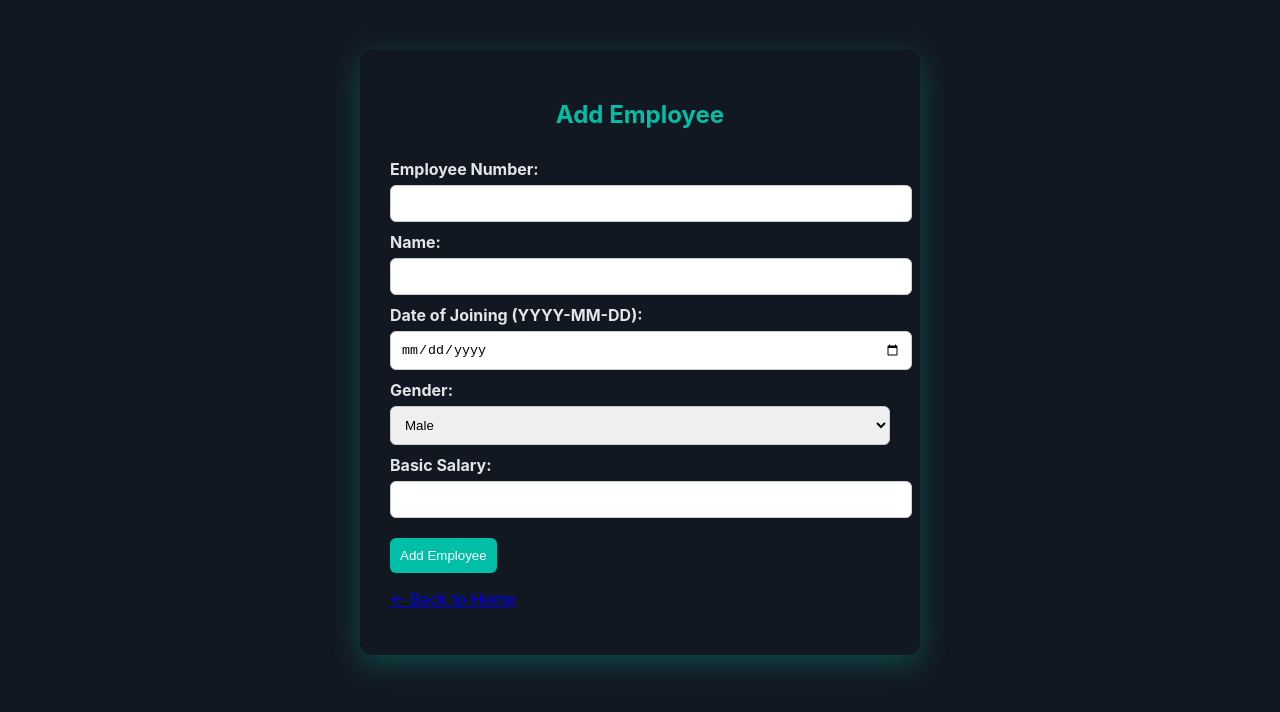
Repository: KUSUMA-74/Advance-JavaProject
Page: http://localhost/EmployeeWebApp/empadd.jsp
The author's editor kept a copy of each file at every save. The page is drawn from the files as they stood at one save, then again after the next save.
The browser window is 1280 px wide. The pictures show the whole page.
The page is served by Tomcat 9. Other server files are loaded and not shown.

Above is the page before, as saved 2025-05-30 07:55:59.

### EmployeeWebApp/src/main/webapp/empadd.jsp
<%@ page language="java" contentType="text/html; charset=UTF-8"%>
<!DOCTYPE html>
<html>
<head>
  <meta charset="UTF-8">
  <title>Add Employee</title>
  <style>
    body {
      font-family: 'Inter', sans-serif;
      background: #121821;
      color: #e0e6e9;
      max-width: 500px;
      margin: 50px auto;
      padding: 30px;
      border-radius: 12px;
      box-shadow: 0 8px 30px rgba(0, 191, 166, 0.3);
    }
    h2 {
      color: #00bfa6;
      text-align: center;
      margin-bottom: 30px;
    }
    label {
      font-weight: bold;
      display: block;
      margin-top: 10px;
    }
    input, select {
      width: 100%;
      padding: 10px;
      margin-top: 6px;
      border-radius: 6px;
      border: 1px solid #ccc;
    }
    button {
      margin-top: 20px;
      padding: 10px;
      background: #00bfa6;
      color: white;
      border: none;
      border-radius: 6px;
      cursor: pointer;
    }
  </style>
</head>
<body>
  <h2>Add Employee</h2>
  <form action="AddEmployeeServlet" method="post">
    <label>Employee Number:</label>
    <input type="number" name="empno" required />

    <label>Name:</label>
    <input type="text" name="name" required />

    <label>Date of Joining (YYYY-MM-DD):</label>
    <input type="date" name="doj" required />

    <label>Gender:</label>
    <select name="gender">
      <option value="Male">Male</option>
      <option value="Female">Female</option>
    </select>

    <label>Basic Salary:</label>
    <input type="number" step="0.01" name="salary" required />

    <button type="submit">Add Employee</button>
  </form>

  <p style="color:limegreen;">
    <%= request.getAttribute("message") != null ? request.getAttribute("message") : "" %>
  </p>

  <p><a href="index.jsp">← Back to Home</a></p>
</body>
</html>

After the next save:
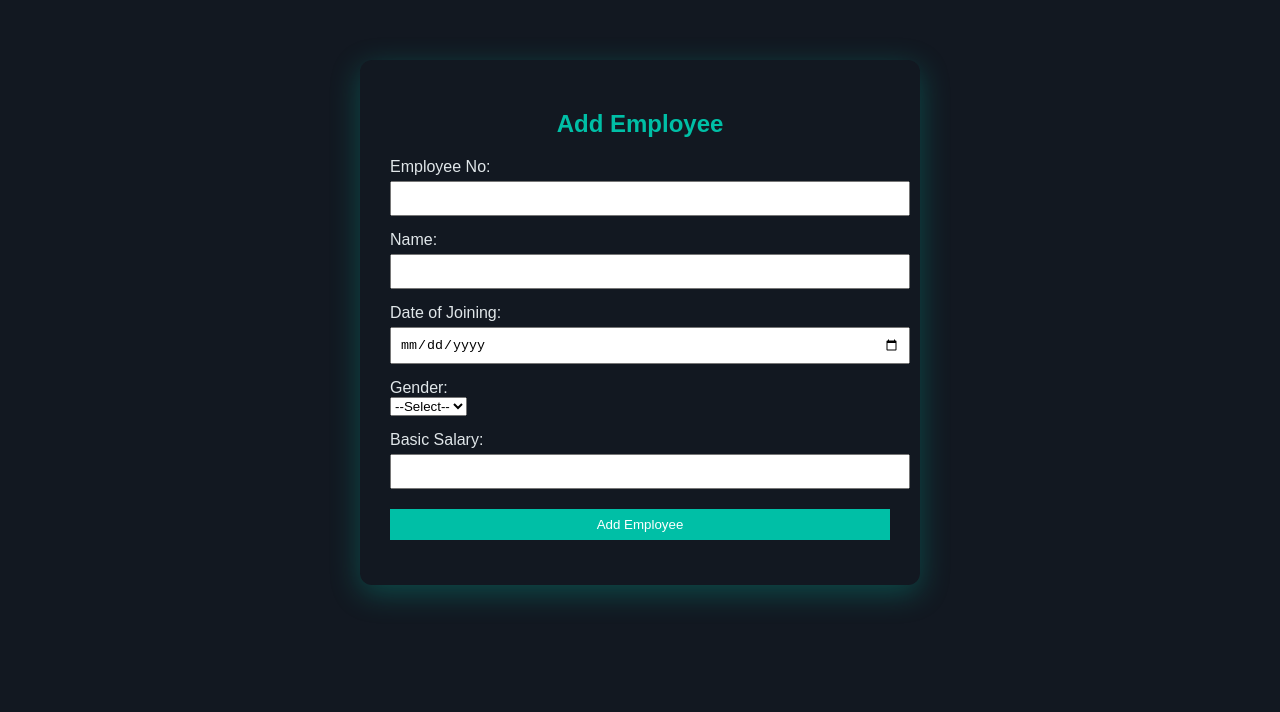
Saved 2 min 54 s later.
--- a/EmployeeWebApp/src/main/webapp/empadd.jsp
+++ b/EmployeeWebApp/src/main/webapp/empadd.jsp
@@ -1,4 +1,4 @@
-<%@ page language="java" contentType="text/html; charset=UTF-8"%>
+<%@ page language="java" contentType="text/html; charset=UTF-8" pageEncoding="UTF-8"%>
 <!DOCTYPE html>
 <html>
 <head>
@@ -6,11 +6,11 @@
   <title>Add Employee</title>
   <style>
     body {
-      font-family: 'Inter', sans-serif;
-      background: #121821;
+      font-family: Arial, sans-serif;
+      background-color: #121821;
       color: #e0e6e9;
       max-width: 500px;
-      margin: 50px auto;
+      margin: 60px auto;
       padding: 30px;
       border-radius: 12px;
       box-shadow: 0 8px 30px rgba(0, 191, 166, 0.3);
@@ -18,59 +18,60 @@
     h2 {
       color: #00bfa6;
       text-align: center;
-      margin-bottom: 30px;
     }
     label {
-      font-weight: bold;
       display: block;
-      margin-top: 10px;
+      margin-top: 15px;
     }
-    input, select {
+    input {
       width: 100%;
-      padding: 10px;
-      margin-top: 6px;
-      border-radius: 6px;
-      border: 1px solid #ccc;
+      padding: 8px;
+      margin-top: 5px;
     }
-    button {
+    input[type="submit"] {
+      background-color: #00bfa6;
+      color: white;
       margin-top: 20px;
-      padding: 10px;
-      background: #00bfa6;
-      color: white;
+      cursor: pointer;
       border: none;
-      border-radius: 6px;
-      cursor: pointer;
+    }
+    .message {
+      text-align: center;
+      margin-top: 15px;
+      color: yellow;
     }
   </style>
 </head>
 <body>
   <h2>Add Employee</h2>
   <form action="AddEmployeeServlet" method="post">
-    <label>Employee Number:</label>
-    <input type="number" name="empno" required />
+    <label for="empno">Employee No:</label>
+    <input type="number" name="empno" required>
 
-    <label>Name:</label>
-    <input type="text" name="name" required />
+    <label for="name">Name:</label>
+    <input type="text" name="name" required>
 
-    <label>Date of Joining (YYYY-MM-DD):</label>
-    <input type="date" name="doj" required />
+    <label for="doj">Date of Joining:</label>
+    <input type="date" name="doj" required>
 
-    <label>Gender:</label>
-    <select name="gender">
+    <label for="gender">Gender:</label>
+    <select name="gender" required>
+      <option value="">--Select--</option>
       <option value="Male">Male</option>
       <option value="Female">Female</option>
     </select>
 
-    <label>Basic Salary:</label>
-    <input type="number" step="0.01" name="salary" required />
+    <label for="salary">Basic Salary:</label>
+    <input type="number" name="salary" step="0.01" required>
 
-    <button type="submit">Add Employee</button>
+    <input type="submit" value="Add Employee">
   </form>
 
-  <p style="color:limegreen;">
-    <%= request.getAttribute("message") != null ? request.getAttribute("message") : "" %>
-  </p>
-
-  <p><a href="index.jsp">← Back to Home</a></p>
+  <div class="message">
+    <%= session.getAttribute("message") != null ? session.getAttribute("message") : "" %>
+    <%
+      session.removeAttribute("message");
+    %>
+  </div>
 </body>
 </html>
